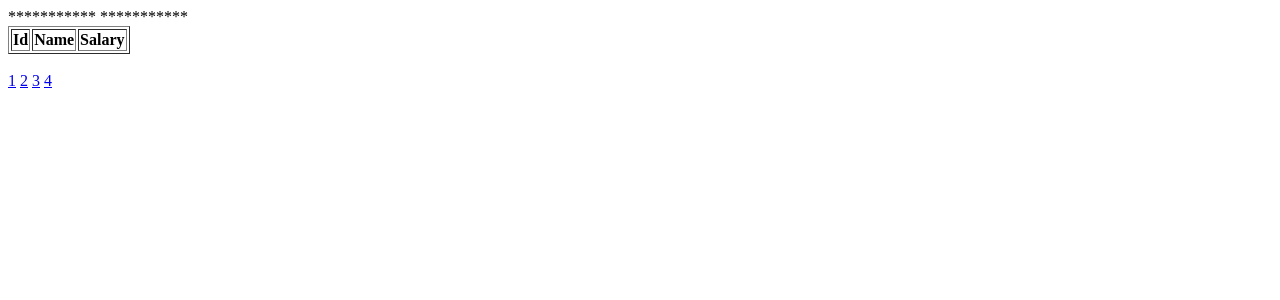
Repository: LSLParvathi/WebApplications
Page: http://localhost/Pagination/Resourses/jsp/first.jsp
These files come from the project's save history. The page is drawn as it stood at one moment and after the next save; the edit follows.
The browser window is 1280 px wide. The pictures show the whole page.
The page is served by Tomcat 9. Other server files are loaded and not shown. Queries for data that is not in the repository find no rows.

Above is the page before, as saved 2020-02-15 07:51:00.

### Pagination/WebContent/Resourses/jsp/first.jsp
<%@ page import="java.sql.*" %>
<%@ page language="java" contentType="text/html; charset=UTF-8"
    pageEncoding="UTF-8"%>
<!DOCTYPE html>
<html>
<head>
<meta charset="UTF-8">
<title>Insert title here</title>
</head>
<body>
    <table border="1">

    <tr>
    <th>Id</th>
    <th>Name</th>
    <th>Salary</th>
    </tr>
    <%
    out.println("***********");
    String url = "jdbc:mysql://localhost:3306/users";
    String u = "root";
    String p = "12";
    String sql = "select * from employee limit 0,5";
    out.print("***********");
	try {

		 Class.forName("com.mysql.jdbc.Driver");
	     Connection con = DriverManager.getConnection(url,u,p);
	     PreparedStatement ps = con.prepareStatement(sql);
		    ResultSet rs = ps.executeQuery();
	     while(rs.next())
	     {
	    	 out.print("hai -----");
	     %>

	     <tr>
             <td><%= rs.getString("id") %></td>
             <td><%= rs.getString("name") %></td>
             <td><%= rs.getString("salary") %></td>
         </tr>

	     <%  }
	}
	catch (ClassNotFoundException | SQLException e) {
			e.printStackTrace();
	}

    %>


    </table>
    <br>
    <a href="first.jsp">1</a>
    <a href="second.jsp">2</a>
    <a href="second.jsp">3</a>
    <a href="second.jsp">4</a>
</body>
</html>

After the next save:
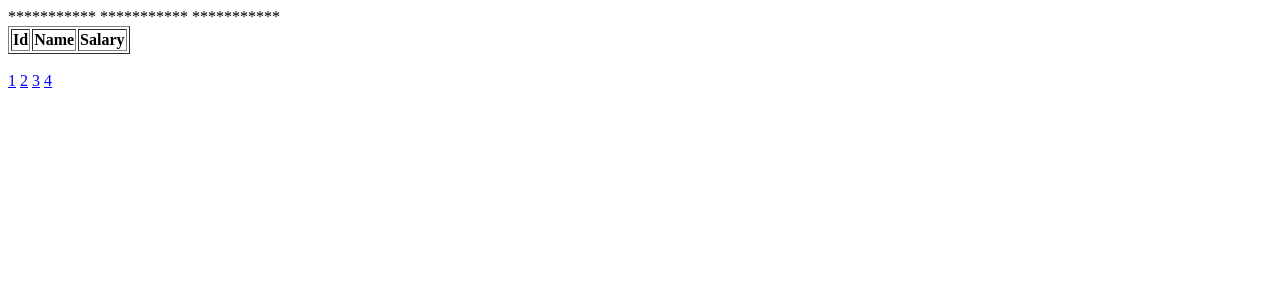
Saved 11 s later.
--- a/Pagination/WebContent/Resourses/jsp/first.jsp
+++ b/Pagination/WebContent/Resourses/jsp/first.jsp
@@ -21,9 +21,9 @@
     String u = "root";
     String p = "12";
     String sql = "select * from employee limit 0,5";
-    out.print("***********");
+    out.println("***********");
 	try {
-
+		  out.print("***********");
 		 Class.forName("com.mysql.jdbc.Driver");
 	     Connection con = DriverManager.getConnection(url,u,p);
 	     PreparedStatement ps = con.prepareStatement(sql);
